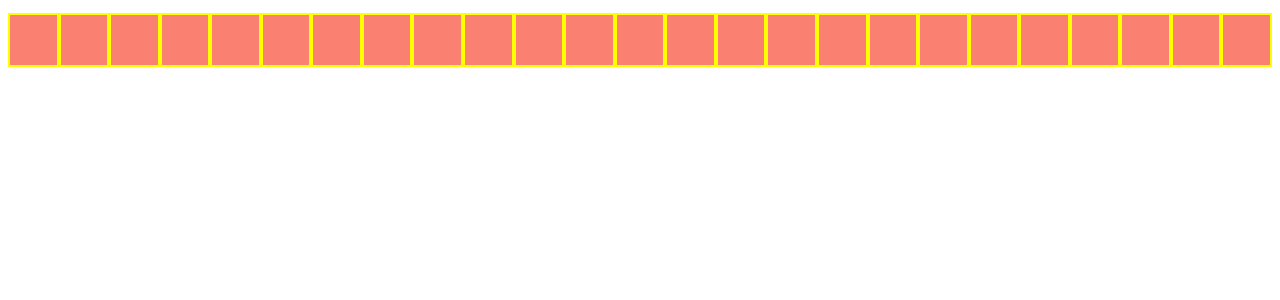
Repository: batonAnton/cursor_hw_10
Page: index.html
These files come from the project's save history. The page is drawn as it stood at one moment and after the next save; the edit follows.
The browser window is 1280 px wide. The pictures show the whole page.

Above is the page before, as saved 2023-01-31 11:35:42.
Console error: TypeError: Cannot set properties of undefined (setting 'backgroundColor')

### index.html
<!DOCTYPE html>
<html lang="en">
<head>
    <meta charset="UTF-8">
    <meta http-equiv="X-UA-Compatible" content="IE=edge">
    <meta name="viewport" content="width=device-width, initial-scale=1.0">
    <title>DOM</title>
    <link rel="stylesheet" href="./css/style.css">
</head>
<body>
    <div class="wrapper">
        <div class="container">
            <div id="myDiv" class="block"></div>

            </div>
    </div>

    <script src="/index.js"></script>
</body>
</html>

### css/style.css
.container{
    display: flex;
    justify-content: center;

}
.box{
    width: 50px;
    height: 50px;
    background-color: #FA8072;
    margin: 5px 0;
    border: 2px solid yellow;
}

### index.js
const container = document.querySelector(".container");
function generateBlocks(){
    for(let i = 0; i < 5; i++){
        for(let i = 0; i < 5; i++){
            const div = document.createElement("div");
            div.classList.add("box");
            container.prepend(div);
        }
}
}

generateBlocks();

function generateBlocksInterval(){
    const randomColor = Math.floor(Math.random()*16777215).toString(16);
    const element = document.getElementsByClassName("box")
    element.style.backgroundColor = "#" + randomColor;
    box.innerHTML = "#" + randomColor;
}

generateBlocksInterval();

After the next save:
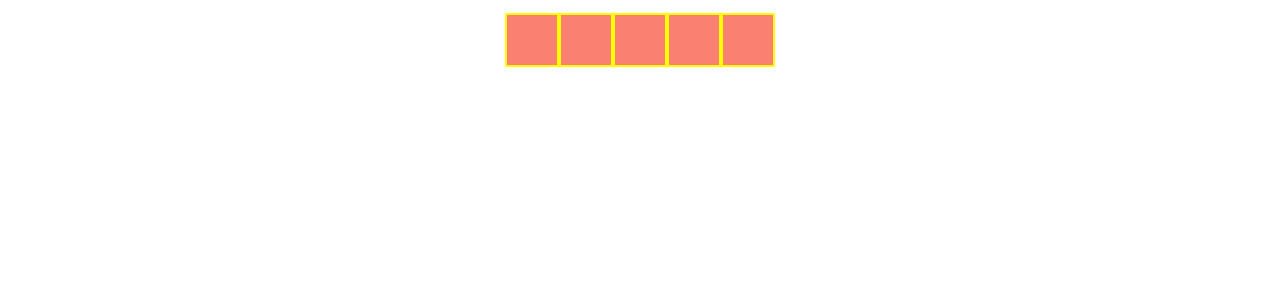
The error is gone.
Saved 40 min 27 s later.
--- a/index.js
+++ b/index.js
@@ -1,21 +1,21 @@
 const container = document.querySelector(".container");
 function generateBlocks(){
-    for(let i = 0; i < 5; i++){
+    // for(let i = 0; i < 5; i++){
         for(let i = 0; i < 5; i++){
             const div = document.createElement("div");
             div.classList.add("box");
             container.prepend(div);
         }
 }
-}
+// }
 
 generateBlocks();
 
-function generateBlocksInterval(){
-    const randomColor = Math.floor(Math.random()*16777215).toString(16);
-    const element = document.getElementsByClassName("box")
-    element.style.backgroundColor = "#" + randomColor;
-    box.innerHTML = "#" + randomColor;
-}
+// function generateBlocksInterval(){
+//     const randomColor = Math.floor(Math.random()*16777215).toString(16);
+//     const element = document.querySelectorAll("div")
+//     myDiv.style.backgroundColor = "#" + randomColor;
+//     myDiv.innerHTML = "#" + randomColor;
+// }
 
-generateBlocksInterval();
+// generateBlocksInterval();
